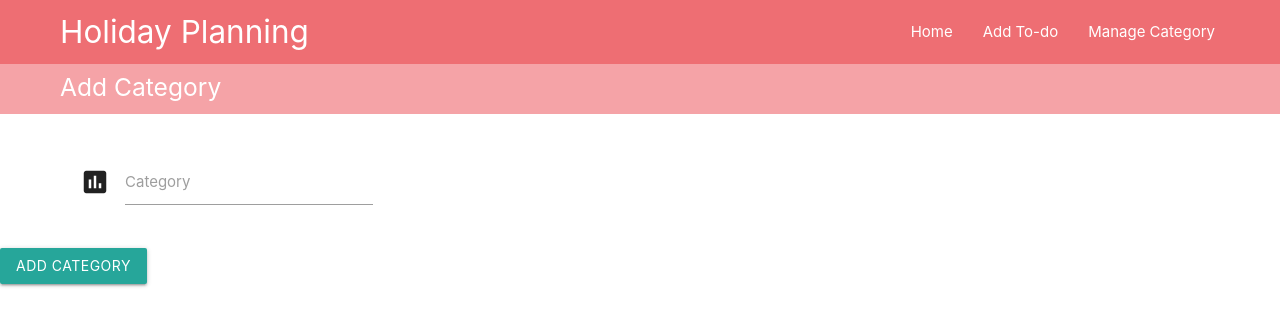
Repository: Code-Institute-Submissions/Project3-Holiday_Planning
Page: http://localhost/add_category
The author's editor kept a record of every edit. The page is drawn from the files as they stood at one moment, then again after the next edit.
The browser window is 1280 px wide. The pictures show the whole page.
The page is served by the project's application, run on Flask 3 (app.py).

Above is the page before.

### templates/addCategory.html
{% extends 'layout.html' %} {% block content %}


<div class="add_category">
    <h5>Add Category</h5>
</div>


<div class="row">
    <div class="col left_margin"></div>
    <div class="row to_do">
    <form action ="{{url_for('insert_category')}}" method="POST" class="col s12>


    <div class="row">
        <div class="input-field col">
            <i class="material-icons prefix">poll</i>
            <input id = "category_name" name="category_name" type="text" class="validate">
            <label for="category_name">Category</label>
        </div>
    </div>

    <div class="row">
        <button class="waves-effect waves-light btn" type="submit" name="action">Add Category</button>
    </div>

    </form>
</div>

{% endblock%}

### templates/layout.html
<!DOCTYPE html>
<html>

<head>
        <link href="https://fonts.googleapis.com/icon?family=Material+Icons" rel="stylesheet">
        <link rel="stylesheet" href="https://cdnjs.cloudflare.com/ajax/libs/materialize/1.0.0/css/materialize.min.css">
        <link rel="stylesheet" href="{{url_for('static', filename='css/style.css')}}" type="text/css"/>
</head>


<body>
    <header>
        <nav>
            <div class="nav-wrapper">
                <a href="{{url_for('get_todos')}}" class="brand-logo">Holiday Planning</a>
                <a href="#" data-target="mobile-demo" class="sidenav-trigger"><i class="material-icons">menu</i></a>

                <ul id="nav-mobile" class="right hide-on-med-and-down">
                    <li><a href="{{url_for('get_todos')}}">Home</a></li>
                    <li><a href="{{url_for('add_todo')}}">Add To-do</a></li>
                    <li><a href="{{url_for('get_category')}}">Manage Category</a></li>
                </ul>
                </div>
                </nav>
                <!--extended hamburger navbar added for mobile-->
                <ul class="sidenav" id="mobile-demo">
                    <li><a href="{{url_for('get_todos')}}">Home</a></li>
                    <li><a href="{{url_for('add_todo')}}">Add To-do</a></li>
                    <li><a href="{{url_for('get_category')}}">Manage Category</a></li>
                </ul>


    </header>

    <div>
        {% block content %} {% endblock %}
    </div>


    <script src="https://cdnjs.cloudflare.com/ajax/libs/jquery/3.4.1/jquery.min.js"></script>
    <!--<script type="text/javascript" src="https://code.jquery.com/jquery-2.1.1.min.js"></script>-->
    <script src="https://cdnjs.cloudflare.com/ajax/libs/materialize/1.0.0/js/materialize.min.js"></script>


    <!--to perform the collapsible, datepicker and select option function-->
    <script type="text/javascript">
        $(document).ready(function(){
            $('.collapsible').collapsible();
            $('.datepicker').datepicker({
                format:'dd/mm/yyyy'
            });
            $('select').formSelect();
            $('.sidenav').sidenav();
            $('.dropdown-trigger').dropdown();

        });

    </script>


        {%block extra_js%}{%endblock%}
</body>

</html>

### app.py
import os
from flask import Flask, render_template, redirect, request, url_for
from flask_pymongo import PyMongo
from bson.objectid import ObjectId


app = Flask(__name__)
app.config["MONGO_DBNAME"] = 'holiday_planning'
app.config["MONGO_URI"] = os.getenv("MONGO_URI")
mongo = PyMongo(app)



# T1 - Fetch data in mongodb pass it back to todos.html
@app.route('/')
def get_todos():
    critera= {}
    category = request.args.get('category')

    if category and category != 'All Category':
        critera['category_name'] = category
    else:
        category = 'All Category'

    todos=mongo.db.todos.find(critera)
    print(todos)
    return render_template("todos.html",
                           todos=todos, category_name=category)



# T2 & T3 - After add_todo, must follow by insert_todo
@app.route('/add_todo')
def add_todo():
    return render_template('addTodo.html',
                            category=mongo.db.category.find())


@app.route('/insert_todo', methods=['POST'])
def insert_todo():
    todos = mongo.db.todos
    todos.insert_one(request.form.to_dict())
    return redirect(url_for('get_todos'))



# T4 & T5 - After edit_todo, must follow by update_todo
@app.route('/edit_todo/<todo_id>')
def edit_todo(todo_id):
    the_todo =  mongo.db.todos.find_one({"_id": ObjectId(todo_id)})
    all_category =  mongo.db.category.find()
    return render_template('editTodo.html', todo=the_todo,
                           category=all_category)


@app.route('/update_todo/<todo_id>', methods=["POST"])
def update_todo(todo_id):
    todos = mongo.db.todos
    todos.update( {'_id': ObjectId(todo_id)},
    {
        'category_name':request.form.get('category_name'),
        'todo_title':request.form.get('todo_title'),
        'todo_description': request.form.get('todo_description'),
        'person_in-charge': request.form.get('person_in-charge'),
        'website': request.form.get('website'),
        'due_date': request.form.get('due_date'),
        'is_urgent':request.form.get('is_urgent')
    })
    return redirect(url_for('get_todos'))


# T6 - Delete todo from the get_todos page
@app.route('/delete_todo/<todo_id>')
def delete_todo(todo_id):
    mongo.db.todos.remove({'_id': ObjectId(todo_id)})
    return redirect(url_for('get_todos'))



# CATEGORY

# C1 - Function to fetch all our data in mongodb pass it back to category.html
@app.route('/get_category')
def get_category():
    return render_template("category.html",
                            category=mongo.db.category.find())



# C2 & C3 - After add_category, must follow by insert_category
@app.route('/add_category')
def add_category():
    return render_template('addCategory.html')


@app.route('/insert_category', methods=['POST'])
def insert_category():
    category_doc = {'category_name': request.form.get('category_name')}
    mongo.db.category.insert_one(category_doc)
    return redirect(url_for('get_category'))



# C4 & C5 - After edit_category, must follow by update_category
@app.route('/edit_category/<category_id>')
def edit_category(category_id):
    return render_template('editCategory.html',
    category=mongo.db.category.find_one({'_id': ObjectId(category_id)}))


@app.route('/update_category/<category_id>', methods=['POST'])
def update_category(category_id):
    mongo.db.category.update(
        {'_id': ObjectId(category_id)},
        {'category_name': request.form.get('category_name')})
    return redirect(url_for('get_category'))



# C6 - Delete category from the Manage Category page
@app.route('/delete_category/<category_id>')
def delete_category(category_id):
    mongo.db.category.remove({'_id': ObjectId(category_id)})
    return redirect(url_for('get_category'))



# Boiler plate - must include at the end of app.py
if __name__ == '__main__':
    app.run(host=os.environ.get('IP'),
            port=int(os.environ.get('PORT')),
            debug=True)

### static/css/style.css
.nav-wrapper,
h5{
    margin: 0px;
    padding:0px 50px 0px 60px;
    color: white;
}


.brand-logo{
    padding:0px 50px 0px 80px;
}


.btn_small {
    height: 24px;
    width: 60px;
    line-height: 24px;
    margin: 5px 100px;
    padding: 0px 100px;
}


.divider{
    width:6px;
    border:none;
}


.to_do_list,
.add_to_do,
.edit_to_do,
.category,
.add_category,
.edit_category
{
    height:45px;
    background-color: #f5a3a7;
    padding-top: 10px;
    margin-bottom: 30px;
    padding-bottom: 40px;
}


/*Task*/
.content_container{
    border :none;
    box-shadow: none;
}


.category_side{
    width: 40px;
}



.left_margin{
    margin-left: 35px;
}


.button_margin{
    margin-left: 50px;
}


.width{
    width: 45px;
}


.ul_style{
    padding: 0px;
    margin: 0px;
}

After the next edit:
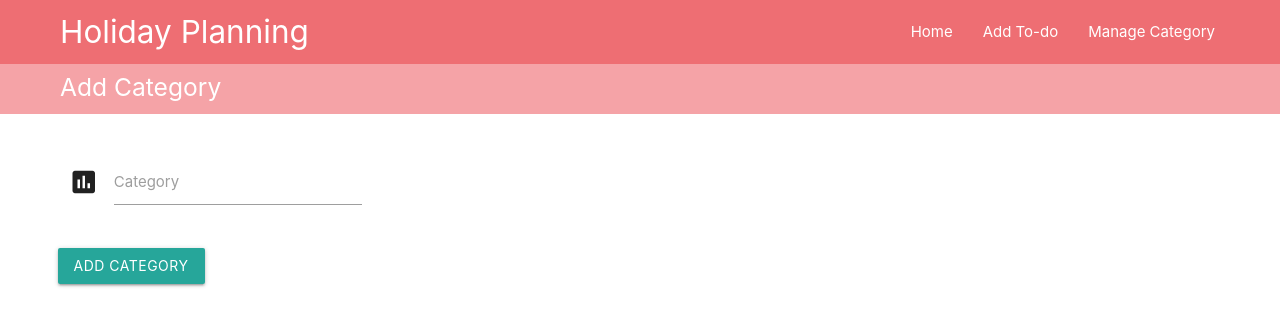
The edit:
--- a/templates/addCategory.html
+++ b/templates/addCategory.html
@@ -9,7 +9,7 @@
 <div class="row">
     <div class="col left_margin"></div>
     <div class="row to_do">
-    <form action ="{{url_for('insert_category')}}" method="POST" class="col s12>
+    <form action ="{{url_for('insert_category')}}" method="POST" class="col">
 
 
     <div class="row">
